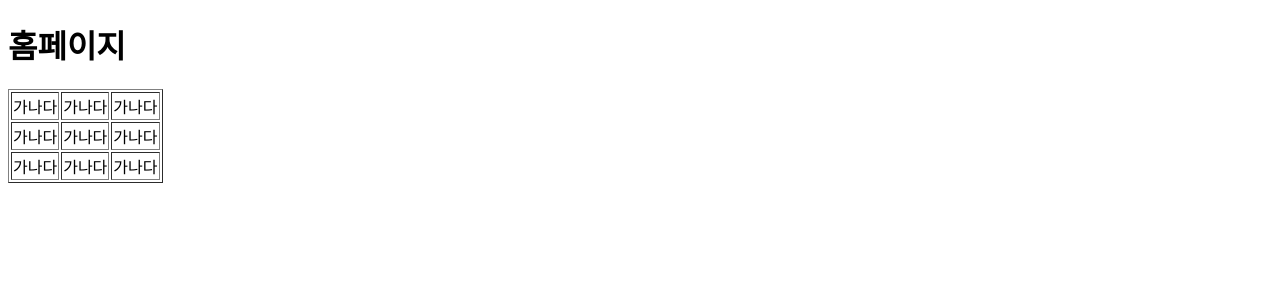
Repository: kdh2212/KDT_code
Page: http://localhost/20250731Web/
These files come from the project's save history. The page is drawn as it stood at one moment and after the next save; the edit follows.
The browser window is 1280 px wide. The pictures show the whole page.
The page is served by Tomcat 9.

Above is the page before, as saved 2025-07-31 06:30:09.

After the next save:
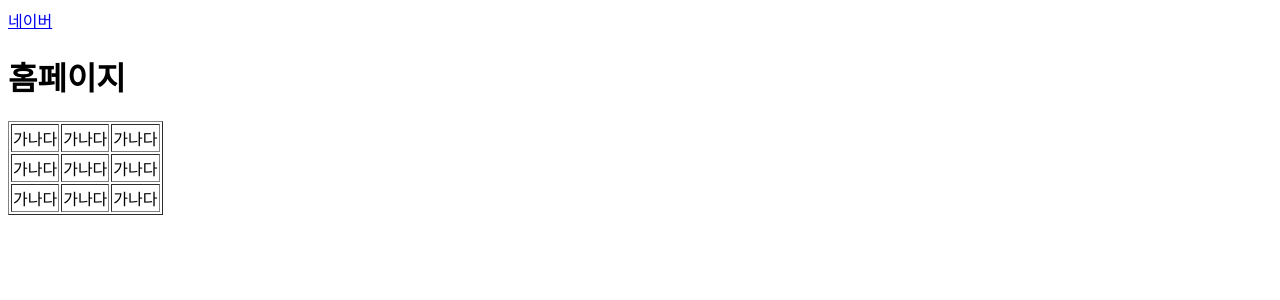
Saved 40 s later.
--- a/20250731Web/src/main/webapp/index.jsp
+++ b/20250731Web/src/main/webapp/index.jsp
@@ -7,6 +7,7 @@
 <title>Insert title here</title>
 </head>
 <body>
+<a href = "www,naver.com">네이버</a>
 <h1> 홈페이지 </h1>
 <table border = 1>
 <tr>
